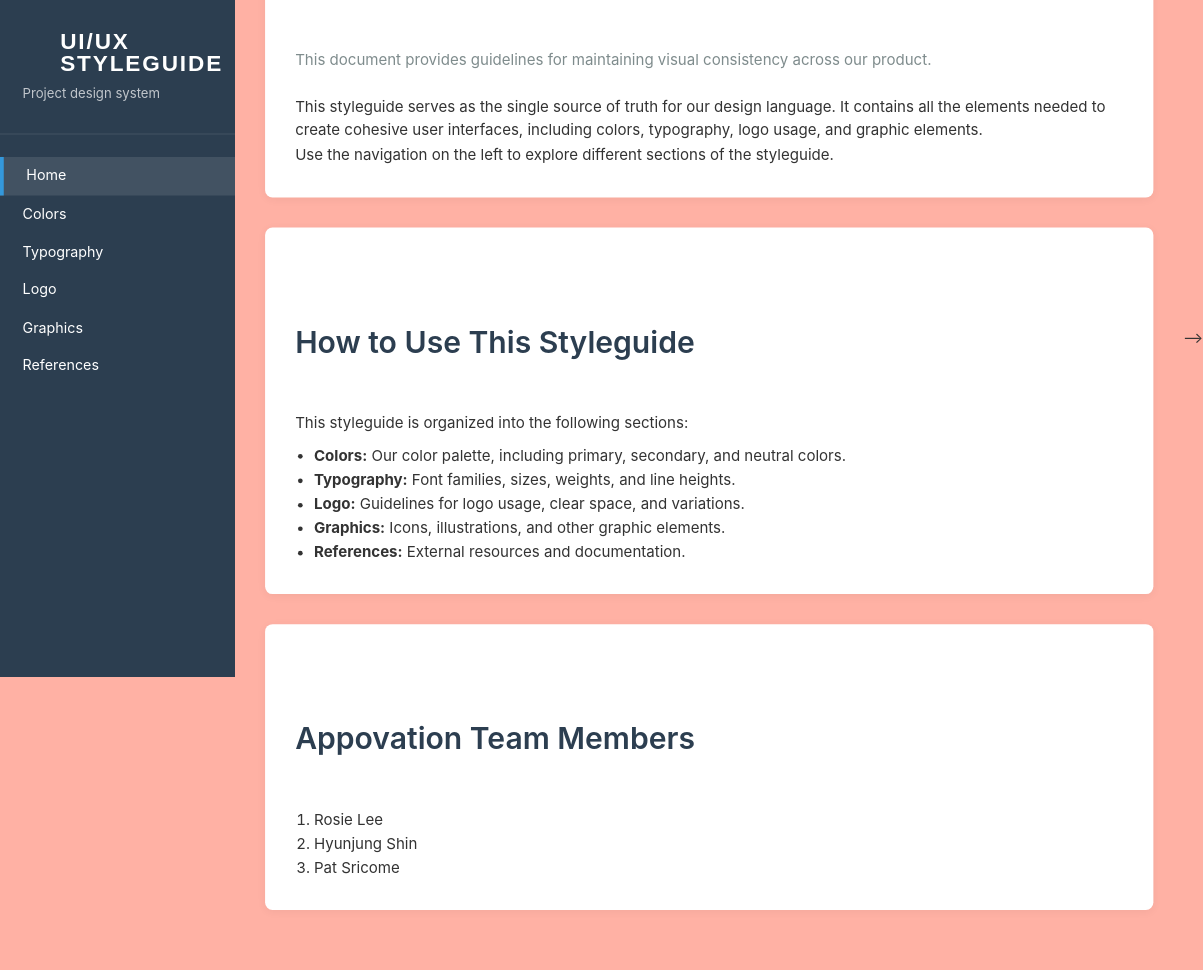
Repository: rosielee09/Heal_U
Page: index.html
An editor plug-in stored every save of this project. The page is shown before and after the next save, followed by the edit.
The browser window is 1280 px wide. The pictures show the whole page, at 94% of full size.

Above is the page before, as saved 2025-04-04 14:08:13.

After the next save:
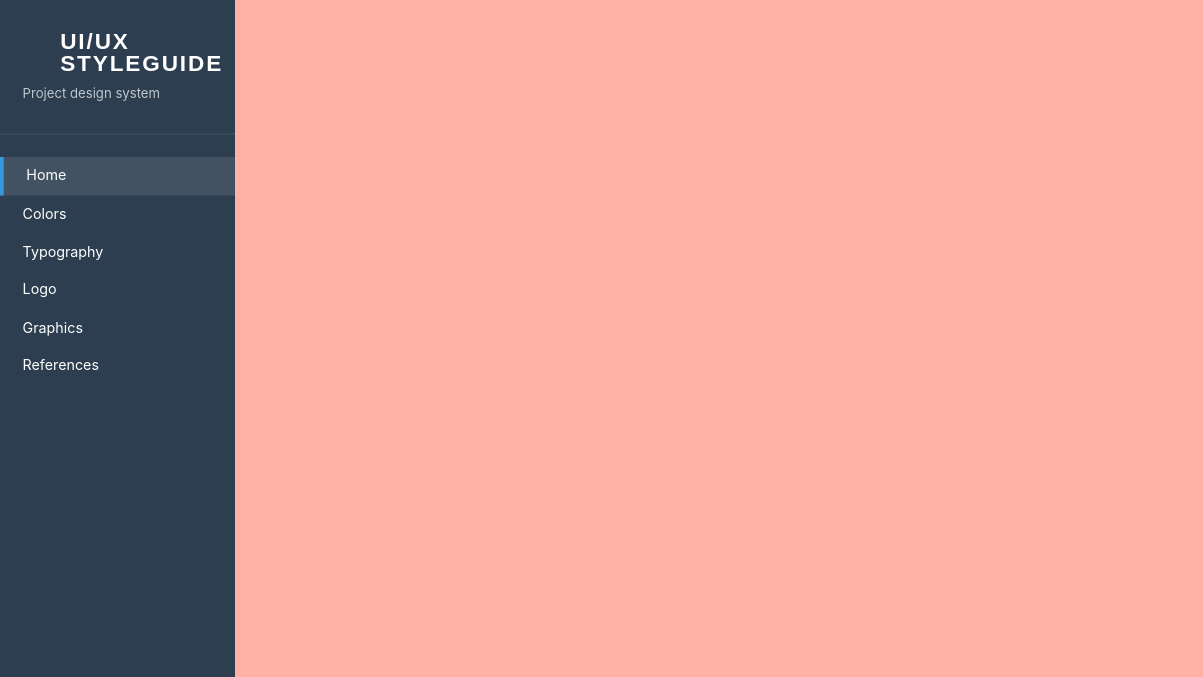
Saved 100 s later.
--- a/index.html
+++ b/index.html
@@ -7,7 +7,7 @@
     <title>Heal_U Styleguide</title>
 </head>
 <body>
-    <!-- <div class="container">
+    <div class="container">
         <!-- Sidebar Navigation -->
         <div class="sidebar">
             <div class="sidebar-header">
@@ -23,56 +23,7 @@
                 <li><a href="references.html">References</a></li>
             </ul>
         </div>
-
-        <!-- Main Content - Home Page -->
-        <div class="content">
-            <header class="page-header">
-                <h2>Heal_U Style guide</h2>
-                <p>Welcome to our comprehensive design system</p>
-            </header>
-
-            <div class="component">
-                <div class="component-header">
-                    <h3 class="component-title">About This Style guide</h3>
-                    <p class="component-description">This document provides guidelines for maintaining visual consistency across our product.</p>
-                </div>
-                <div class="component-content">
-                    <p>This styleguide serves as the single source of truth for our design language. It contains all the elements needed to create cohesive user interfaces, including colors, typography, logo usage, and graphic elements.</p>
-                    <p>Use the navigation on the left to explore different sections of the styleguide.</p>
-                </div>
-            </div>
-
-            <div class="component">
-                <div class="component-header">
-                    <h3 class="component-title">How to Use This Styleguide</h3>
-                </div>
-                <div class="component-content">
-                    <p>This styleguide is organized into the following sections:</p>
-                    <ul style="margin-left: 20px; margin-top: 10px;">
-                        <li><strong>Colors:</strong> Our color palette, including primary, secondary, and neutral colors.</li>
-                        <li><strong>Typography:</strong> Font families, sizes, weights, and line heights.</li>
-                        <li><strong>Logo:</strong> Guidelines for logo usage, clear space, and variations.</li>
-                        <li><strong>Graphics:</strong> Icons, illustrations, and other graphic elements.</li>
-                        <li><strong>References:</strong> External resources and documentation.</li>
-                    </ul>
-                </div>
-            </div>
-
-
-            <div class="component">
-                <div class="component-header">
-                    <h3 class="component-title">Appovation Team Members</h3>
-                </div>
-                <div class="component-content">
-                    <ol style="margin-left: 20px; margin-top: 10px;">
-                        <li>Rosie Lee</li>
-                        <li>Hyunjung Shin</li>
-                        <li>Pat Sricome</li>
-                    </ol>
-                </div>
-            </div>
-        </div>
-    </div> -->
+    </div>
 
 
 
